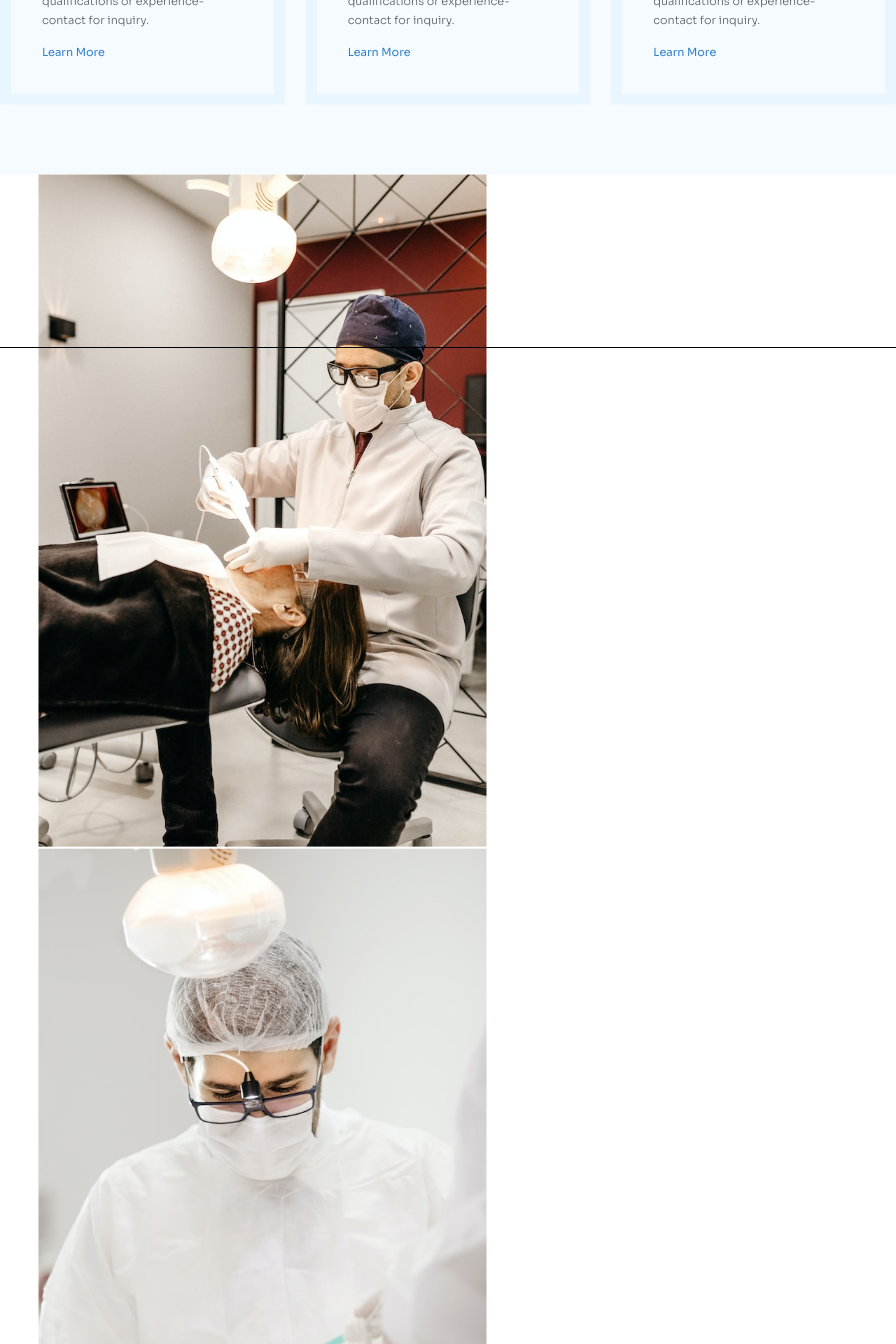
Repository: dongnguyen2112/htmlcss-project-03
Page: index.html
These files come from the project's save history. The page is drawn as it stood at one moment and after a run of saves; the edit follows.
The browser window is 1280 px wide. The pictures show the part of the page from y = 2408 to 4328 px (the page is 5720 px tall), at 70% of full size.

Above is the page before, as saved 2023-08-02 20:42:36.

After the next 7 saves:
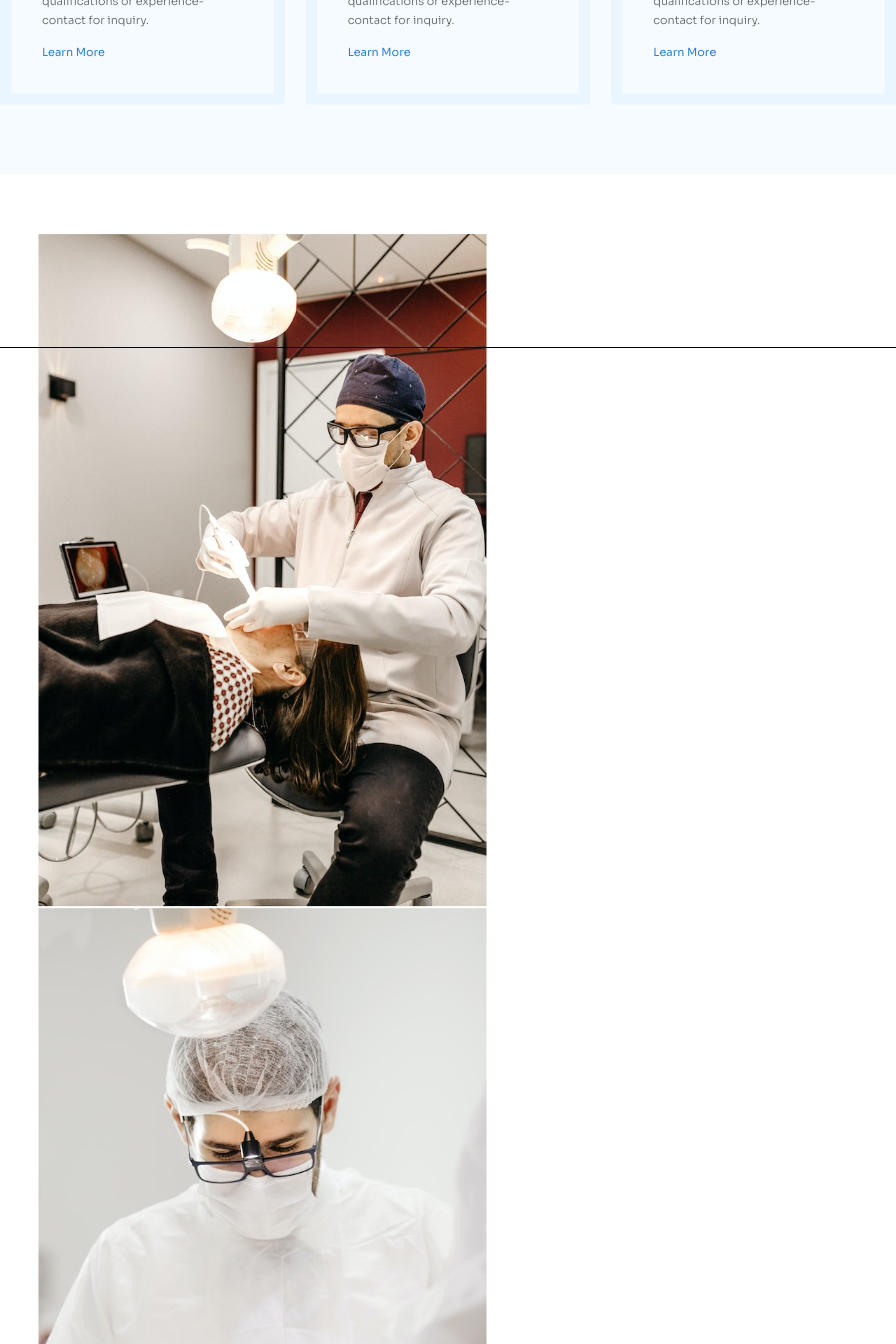
The 7 saves are shown as one change because they came seconds apart.
The last was saved 15 s later.
--- a/assets/css/styles.css
+++ b/assets/css/styles.css
@@ -325,4 +325,7 @@ a {
     line-height: 1.75; /* 175% */
 }
 /* Feature */
-.feature
+.feature{
+    margin-top: 85px;
+    padding: ;
+}
